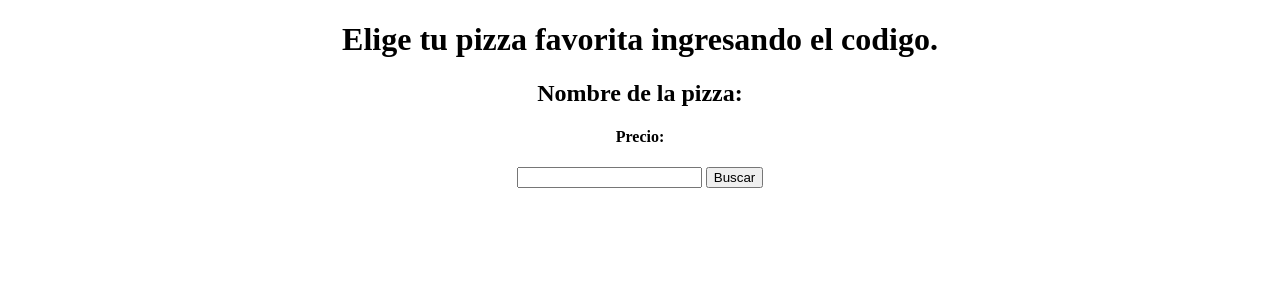
Repository: lucas-itup/E1-JAVASCRIPT
Page: index.html
The author's editor kept a copy of each file at every save. The page is drawn from the files as they stood at one save, then again after the next save.
The browser window is 1280 px wide. The pictures show the whole page.

Above is the page before, as saved 2022-09-11 20:22:25.

After the next save:
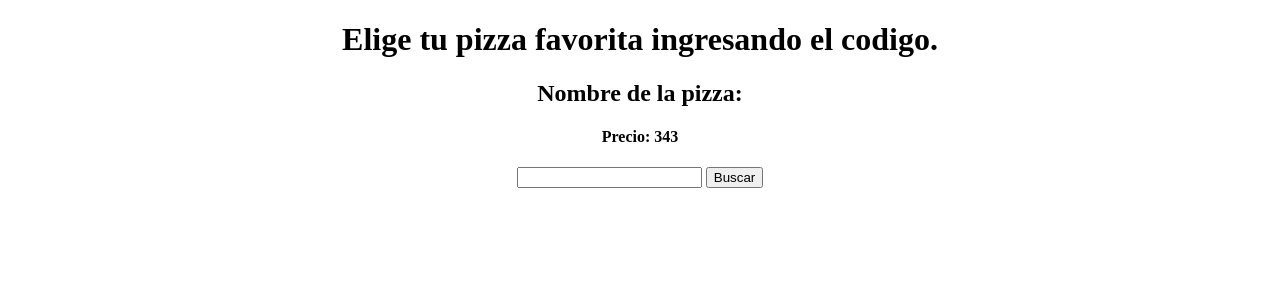
Saved 83 s later.
--- a/index.html
+++ b/index.html
@@ -15,7 +15,7 @@
             <h1>Elige tu pizza favorita ingresando el codigo.</h1>
 
             <h2>Nombre de la pizza: <span id="nombre-pizza"> </span></h2>
-            <h4>Precio: <span id="precio-pizza"></span></h4>
+            <h4>Precio: <span id="precio-pizza">343</span></h4>
         </div>
         <div>
             <input type="number" value="" id="value-id">

After the save that followed:
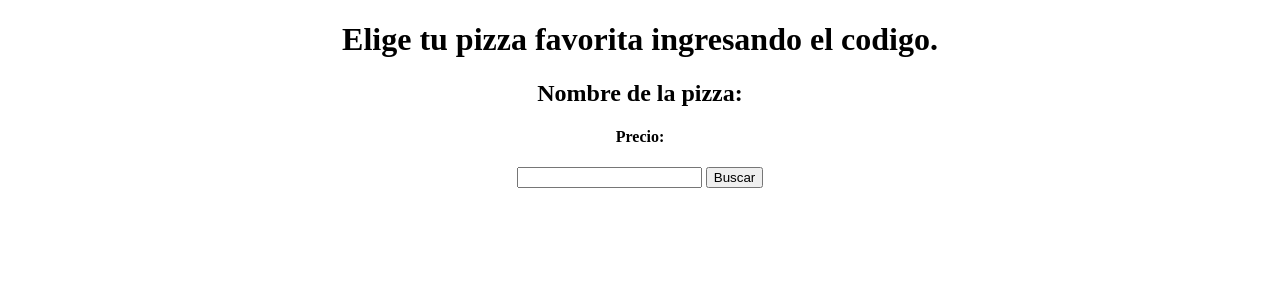
Saved 25 s later.
--- a/index.html
+++ b/index.html
@@ -15,7 +15,7 @@
             <h1>Elige tu pizza favorita ingresando el codigo.</h1>
 
             <h2>Nombre de la pizza: <span id="nombre-pizza"> </span></h2>
-            <h4>Precio: <span id="precio-pizza">343</span></h4>
+            <h4>Precio: <span id="precio-pizza"></span></h4>
         </div>
         <div>
             <input type="number" value="" id="value-id">
